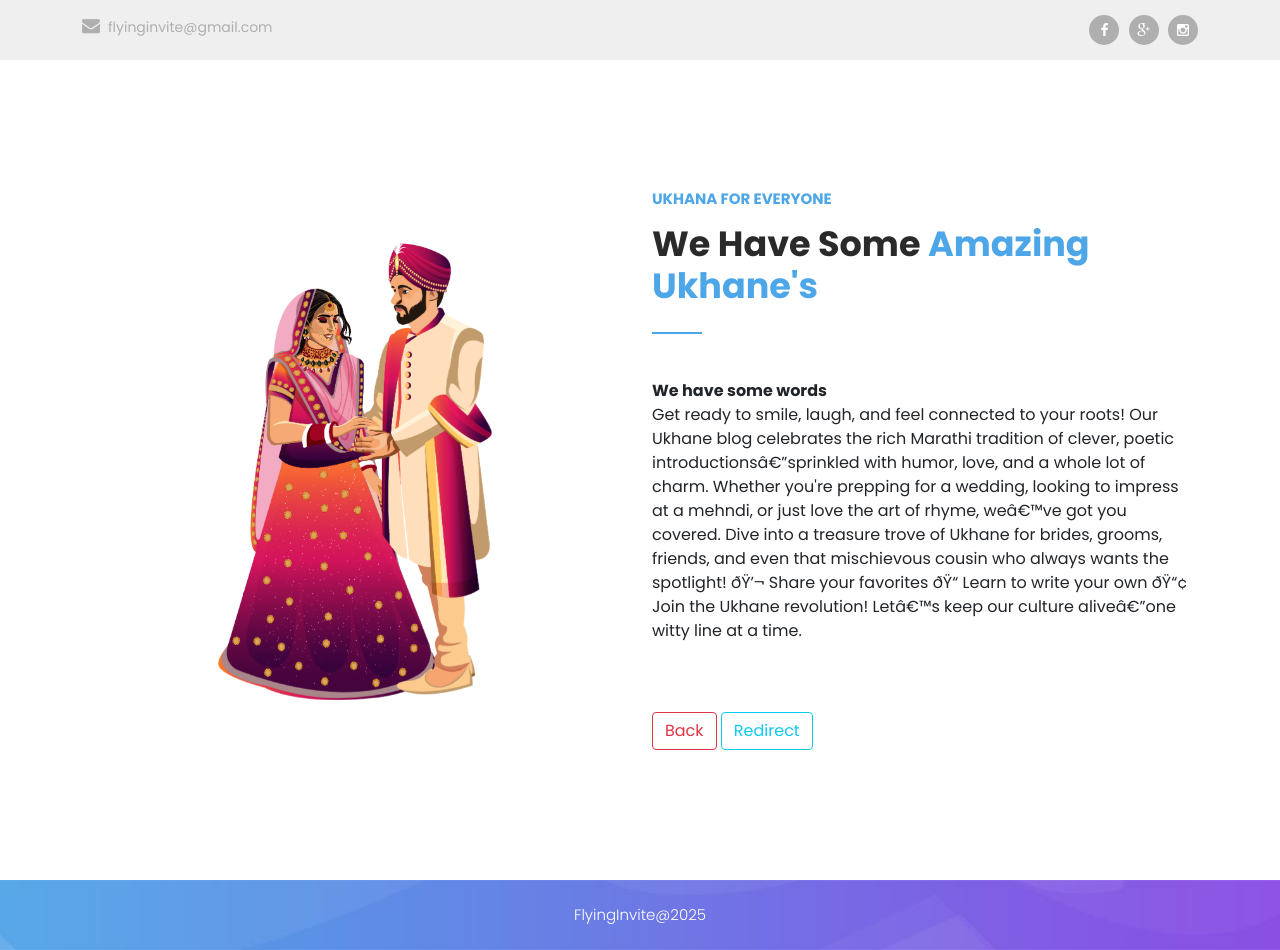
Repository: viraj7551/Flying-Invite-Project
Page: http://localhost/FlyingInvite/entertainment.jsp
An editor plug-in stored every save of this project. The page is shown before and after the next save, followed by the edit.
The browser window is 1280 px wide. The pictures show the whole page.
The page is served by Tomcat 9. Other server files are loaded and not shown.

Above is the page before, as saved 2025-04-20 13:40:05.

### FlyingInvite/WebContent/entertainment.jsp
<%@ page language="java" contentType="text/html; charset=ISO-8859-1"
    pageEncoding="ISO-8859-1"%>
<!DOCTYPE html>
<html>
<head>
  <meta charset="UTF-8">
  <meta name="viewport" content="width=device-width, initial-scale=1, shrink-to-fit=no">
  <meta name="description" content="">
  <meta name="author" content="">
  <link rel="preconnect" href="https://fonts.googleapis.com">
  <link rel="preconnect" href="https://fonts.gstatic.com" crossorigin>
  <link href="https://fonts.googleapis.com/css2?family=Poppins:wght@100;200;300;400;500;600;700;800;900&display=swap" rel="stylesheet">

  <title>Flying Invite | Ukhane Entertainment</title>

  <!-- Bootstrap core CSS -->
  <link href="vendor/bootstrap/css/bootstrap.min.css" rel="stylesheet">


  <!-- Additional CSS Files -->
  <link rel="stylesheet" href="./assets/css/fontawesome.css">
  <link rel="stylesheet" href="./assets/css/app.css">
  <link rel="stylesheet" href="./assets/css/animated.css">
  <link rel="stylesheet" href="./assets/css/owl.css">
  <link rel="stylesheet" href="./assets/css/style.css">

  <script async src="https://www.googletagmanager.com/gtag/js?id=G-DZ4MP44ET9"></script>
<script>
  window.dataLayer = window.dataLayer || [];
  function gtag(){dataLayer.push(arguments);}
  gtag('js', new Date());

  gtag('config', 'G-DZ4MP44ET9');
</script>


</head>
<body>
 <!-- ***** Preloader Start ***** -->
  <div id="js-preloader" class="js-preloader">
    <div class="preloader-inner">
      <span class="dot"></span>
      <div class="dots">
        <span></span>
        <span></span>
        <span></span>
      </div>
    </div>
  </div>

    <!-- ***** Preloader End ***** -->

  <!-- Pre-header Starts -->
  <div class="pre-header">
    <div class="container">
      <div class="row">
        <div class="col-lg-8 col-sm-8 col-7">
          <ul class="info">
            <li><a href="#"><i class="fa fa-envelope"></i>flyinginvite@gmail.com</a></li>
          </ul>
        </div>
        <div class="col-lg-4 col-sm-4 col-5">
          <ul class="social-media">
            <li><a href="https://www.facebook.com/profile.php?id=61567671551405" target="_blank"><i class="fa fa-facebook"></i></a></li>
            <li><a href="#"><i class="fa fa-google-plus"></i></a></li>
            <li><a href="https://www.instagram.com/flyinginvite/?igsh=Yjh6aXM5eHZ3a3Nt" target="_blank"><i class="fa fa-instagram"></i></a></li>
          </ul>
        </div>
      </div>
    </div>
  </div>
  <!-- Pre-header End -->

  <div id="about" class="about section">
    <div class="container">
      <div class="row">
        <div class="col-lg-12">
          <div class="row">
            <div class="col-lg-6">
              <div class="about-left-image  wow fadeInLeft" data-wow-duration="1s" data-wow-delay="0.5s">
                <img src="assets/images/wedding.png" alt="mom with baby in her womb">
              </div>
            </div>
            <div class="col-lg-6 align-self-center  wow fadeInRight" data-wow-duration="1s" data-wow-delay="0.5s">
              <div class="about-right-content">
                <div class="section-heading">
                  <h6>Ukhana for Everyone</h6>
                  <h4>We have some <em>Amazing Ukhane's</em></h4>
                  <div class="line-dec"></div>
                </div>

                <p>
                    <ul><strong>We have some words</strong>
                      <li>Get ready to smile, laugh, and feel connected to your roots! Our Ukhane blog celebrates the rich Marathi tradition of clever, poetic introductions—sprinkled with humor, love, and a whole lot of charm.

Whether you're prepping for a wedding, looking to impress at a mehndi, or just love the art of rhyme, we’ve got you covered. Dive into a treasure trove of Ukhane for brides, grooms, friends, and even that mischievous cousin who always wants the spotlight!

💬 Share your favorites
📝 Learn to write your own
📢 Join the Ukhane revolution!

Let’s keep our culture alive—one witty line at a time.
                      </li>
                    </ul> <br>
                </p>

              <a href="index.jsp" class="btn btn-outline-danger" role="button"> Back</a>
              <a href="https://www.facebook.com/profile.php?id=61567671551405" class="btn btn-outline-info" target="_blank" role="button">Redirect</a>

              </div>
            </div>
          </div>
        </div>
      </div>
    </div>
  </div>

  <footer>
    <div class="container">
      <div class="row">
        <div class="col-lg-12">
           <p>FlyingInvite@2025</p>
        </div>
      </div>
    </div>
  </footer>

  <!-- Scripts -->
  <script src="./vendor/jquery/jquery.min.js"></script>
  <script src="./vendor/bootstrap/js/bootstrap.bundle.min.js"></script>
  <script src="./assets/js/owl-carousel.js"></script>
  <script src="./assets/js/animation.js"></script>
  <script src="./assets/js/imagesloaded.js"></script>
  <script src="./assets/js/custom.js"></script>
  <script src="./assets/js/app.js"></script>
</body>
</html>

### FlyingInvite/WebContent/assets/css/owl.css
/**
 * Owl Carousel v2.3.4
 * Copyright 2013-2018 David Deutsch
 * Licensed under: SEE LICENSE IN https://github.com/OwlCarousel2/OwlCarousel2/blob/master/LICENSE
 */
/*
 *  Owl Carousel - Core
 */
.owl-carousel {
  display: none;
  width: 100%;
  -webkit-tap-highlight-color: transparent;
  /* position relative and z-index fix webkit rendering fonts issue */
  position: relative;
  z-index: 1; }
  .owl-carousel .owl-stage {
    position: relative;
    -ms-touch-action: pan-Y;
    touch-action: manipulation;
    -moz-backface-visibility: hidden;
    /* fix firefox animation glitch */ }
  .owl-carousel .owl-stage:after {
    content: ".";
    display: block;
    clear: both;
    visibility: hidden;
    line-height: 0;
    height: 0; }
  .owl-carousel .owl-stage-outer {
    position: relative;
    overflow: hidden;
    /* fix for flashing background */
    -webkit-transform: translate3d(0px, 0px, 0px); }
  .owl-carousel .owl-wrapper,
  .owl-carousel .owl-item {
    -webkit-backface-visibility: hidden;
    -moz-backface-visibility: hidden;
    -ms-backface-visibility: hidden;
    -webkit-transform: translate3d(0, 0, 0);
    -moz-transform: translate3d(0, 0, 0);
    -ms-transform: translate3d(0, 0, 0); }
  .owl-carousel .owl-item {
    position: relative;
    min-height: 1px;
    float: left;
    -webkit-backface-visibility: hidden;
    -webkit-tap-highlight-color: transparent;
    -webkit-touch-callout: none; }
  .owl-carousel .owl-item img {
    display: block;
    width: 100%; }
  .owl-carousel .owl-nav.disabled,
  .owl-carousel .owl-dots.disabled {
    display: none; }
  .owl-carousel .owl-nav .owl-prev,
  .owl-carousel .owl-nav .owl-next,
  .owl-carousel .owl-dot {
    cursor: pointer;
    -webkit-user-select: none;
    -khtml-user-select: none;
    -moz-user-select: none;
    -ms-user-select: none;
    user-select: none; }
  .owl-carousel .owl-nav button.owl-prev,
  .owl-carousel .owl-nav button.owl-next,
  .owl-carousel button.owl-dot {
    background: none;
    color: inherit;
    border: none;
    padding: 0 !important;
    font: inherit; }
  .owl-carousel.owl-loaded {
    display: block; }
  .owl-carousel.owl-loading {
    opacity: 0;
    display: block; }
  .owl-carousel.owl-hidden {
    opacity: 0; }
  .owl-carousel.owl-refresh .owl-item {
    visibility: hidden; }
  .owl-carousel.owl-drag .owl-item {
    -ms-touch-action: pan-y;
        touch-action: pan-y;
    -webkit-user-select: none;
    -moz-user-select: none;
    -ms-user-select: none;
    user-select: none; }
  .owl-carousel.owl-grab {
    cursor: move;
    cursor: grab; }
  .owl-carousel.owl-rtl {
    direction: rtl; }
  .owl-carousel.owl-rtl .owl-item {
    float: right; }

/* No Js */
.no-js .owl-carousel {
  display: block; }

/*
 *  Owl Carousel - Animate Plugin
 */
.owl-carousel .animated {
  animation-duration: 1000ms;
  animation-fill-mode: both; }

.owl-carousel .owl-animated-in {
  z-index: 0; }

.owl-carousel .owl-animated-out {
  z-index: 1; }

.owl-carousel .fadeOut {
  animation-name: fadeOut; }

@keyframes fadeOut {
  0% {
    opacity: 1; }
  100% {
    opacity: 0; } }

/*
 * 	Owl Carousel - Auto Height Plugin
 */
.owl-height {
  transition: height 500ms ease-in-out; }

/*
 * 	Owl Carousel - Lazy Load Plugin
 */
.owl-carousel .owl-item {
  /**
			This is introduced due to a bug in IE11 where lazy loading combined with autoheight plugin causes a wrong
			calculation of the height of the owl-item that breaks page layouts
		 */ }
  .owl-carousel .owl-item .owl-lazy {
    opacity: 0;
    transition: opacity 400ms ease; }
  .owl-carousel .owl-item .owl-lazy[src^=""], .owl-carousel .owl-item .owl-lazy:not([src]) {
    max-height: 0; }
  .owl-carousel .owl-item img.owl-lazy {
    transform-style: preserve-3d; }

/*
 * 	Owl Carousel - Video Plugin
 */
.owl-carousel .owl-video-wrapper {
  position: relative;
  height: 100%;
  background: #000; }

.owl-carousel .owl-video-play-icon {
  position: absolute;
  height: 80px;
  width: 80px;
  left: 50%;
  top: 50%;
  margin-left: -40px;
  margin-top: -40px;
  background: url("owl.video.play.png") no-repeat;
  cursor: pointer;
  z-index: 1;
  -webkit-backface-visibility: hidden;
  transition: transform 100ms ease; }

.owl-carousel .owl-video-play-icon:hover {
  -ms-transform: scale(1.3, 1.3);
      transform: scale(1.3, 1.3); }

.owl-carousel .owl-video-playing .owl-video-tn,
.owl-carousel .owl-video-playing .owl-video-play-icon {
  display: none; }

.owl-carousel .owl-video-tn {
  opacity: 0;
  height: 100%;
  background-position: center center;
  background-repeat: no-repeat;
  background-size: contain;
  transition: opacity 400ms ease; }

.owl-carousel .owl-video-frame {
  position: relative;
  z-index: 1;
  height: 100%;
  width: 100%; }

### FlyingInvite/WebContent/assets/css/style.css
/* Aligns the heading text to the center. */

h1 {
    text-align: center;
  }

  /* Sets the width for the accordion. Sets the margin to 90px on the top and bottom and auto to the left and right */
.accordion-body{
    margin-top: 100px;
}


.navigate_section{
    margin: 90px auto;
}

#navigateHeader{
  display: none;
}
#navigateBtn{
  padding: 20px;
  background-color: #213448;
  color: #fff;
  margin-left: 350px;
  margin-top: 170px;
  margin-bottom: 170px;
  border-radius: 5px;
  width: max-content;
}
.blink_me{
  animation: blinker 1s linear infinite;
}

@keyframes blinker {
  50% {
    opacity: 0;
  }
}

#coming_soon_header{
  padding: 20px;
  color: #213448;
  margin-left: 350px;
  margin-top: 170px;
  margin-bottom: 170px;
  border-radius: 5px;
  width: max-content;
}

#navigateBtn:hover {
   background-color: #27548A;
}

  .accordion {
    width: 800px;
    margin: 90px auto;
    color: black;
    background-color: white;
    padding: 45px 45px;
  }

  .accordion .container {
    position: relative;
    margin: 10px 10px;
  }

  /* Positions the labels relative to the .container. Adds padding to the top and bottom and increases font size. Also makes its cursor a pointer */

  .accordion .label {
    position: relative;
    padding: 10px 0;
    font-size: 24px;
    color: black;
    cursor: pointer;
  }

  /* Positions the plus sign 5px from the right. Centers it using the transform property. */

.accordion .label::before {
    content: '+';
    color: black;
    position: absolute;
    top: 50%;
    right: -5px;
    font-size: 24px;
    transform: translateY(-50%);
  }

  /* Hides the content (height: 0), decreases font size, justifies text and adds transition */

  .accordion .content {
    position: relative;
    background: white;
    height: 0;
    font-size: 16px;
    text-align: justify;
    width: 780px;
    overflow: hidden;
    transition: 0.5s;
  }

  /* Adds a horizontal line between the contents */

  .accordion hr {
    width: 100;
    margin-left: 0;
    border: 1px solid grey;
  }

  /* Unhides the content part when active. Sets the height */

.accordion .container.active .content {
    height: 90px;
  }




  /* Changes from plus sign to negative sign once active */

  .accordion .container.active .label::before {
    content: '-';
    font-size: 30px;
  }


 @media (max-width: 1200px) {
    #navigateBtn{
      margin-left: 180px;
     }
  }

 @media only screen and (max-width: 1024px) {
    #coming_soon_header{
      margin-left: 180px;
    }
}

 @media only screen and (max-width: 1180px) {
    #coming_soon_header{
      margin-left: 180px;
    }
  }


  @media (max-width: 992px) {


    .accordion .container.active .content{
      width: auto;
      height: 100px;
    }

    #navigateBtn{
    margin-left: 55px;
   }
  }

   @media only screen and (max-width: 932px) and (min-width: 740px){
  #navigateBtn{
    margin-left: 135px;
   }

   #navigateHeader{
    display: block;
    margin-left: 110px;
  }
  #coming_soon_header{
    margin-left: 110px;
  }
 }



  @media (max-width: 767px){

    .accordion{
        width: auto;
    }
    .accordion .label {
        font-size: 16px;
      }

      .accordion .content {
        font-size: 14px;
        text-align: justify;
        width: 200px;
        overflow: hidden;
      }

      #navigateHeader{
        display: block;
        margin-left: 20px;
      }

      #coming_soon_header{
        margin-left: 20px;
      }
  }

    @media only screen and (max-width: 360px){
      #navigateHeader{
        display: block;
        margin-left: 60px;
      }
  }

Loaded but not shown: FlyingInvite/WebContent/assets/css/fontawesome.css (library); FlyingInvite/WebContent/assets/css/animated.css (common file); FlyingInvite/WebContent/assets/js/owl-carousel.js (3448 lines, source omitted); FlyingInvite/WebContent/assets/js/imagesloaded.js (496 lines, source omitted); FlyingInvite/WebContent/assets/js/animation.js (193 lines, source omitted); FlyingInvite/WebContent/assets/js/custom.js (172 lines, source omitted); FlyingInvite/WebContent/assets/js/app.js (7 lines, source omitted); FlyingInvite/WebContent/assets/css/app.css (2123 lines, source omitted)

After the next save:
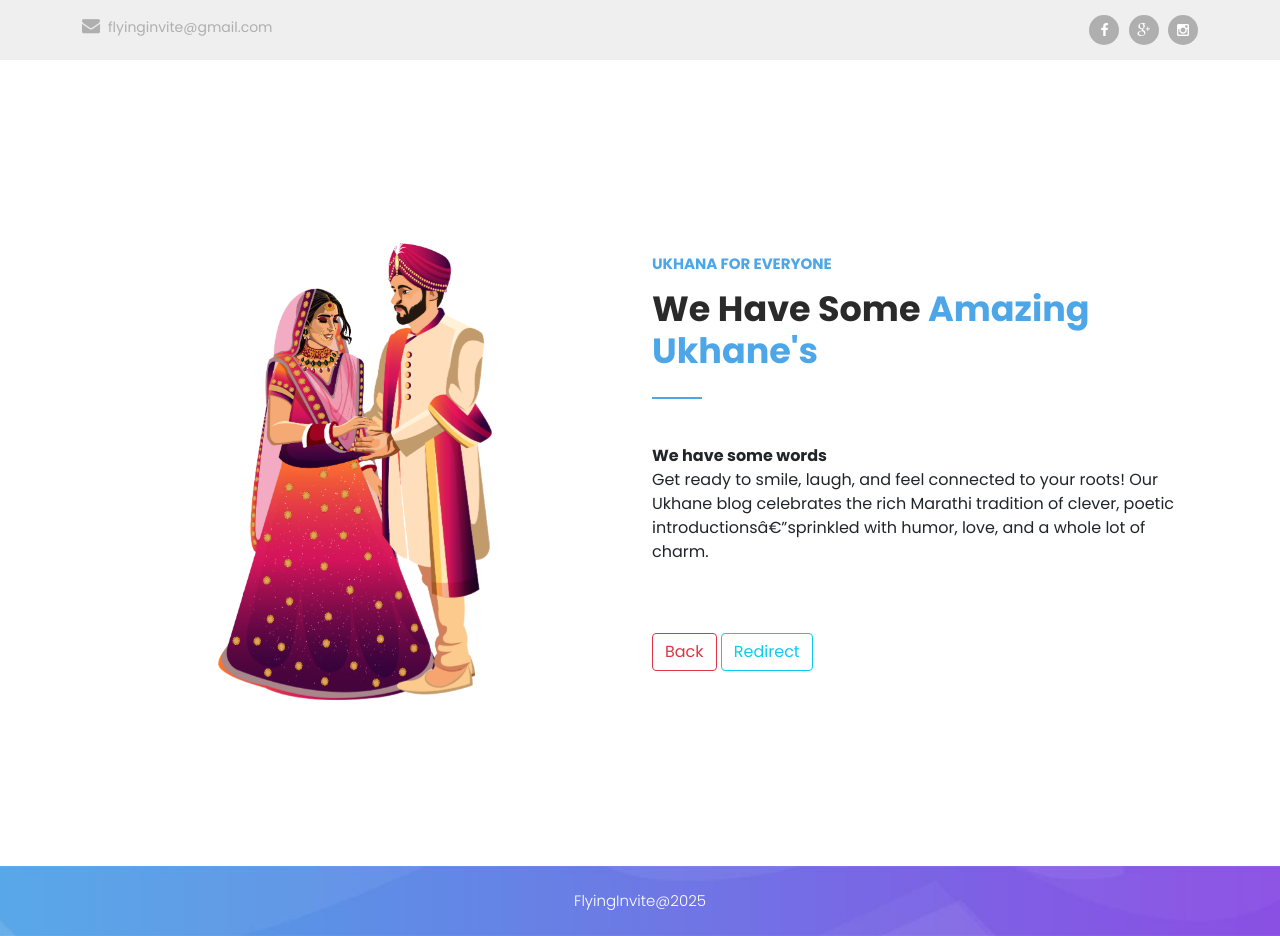
Saved 38 s later.
--- a/FlyingInvite/WebContent/entertainment.jsp
+++ b/FlyingInvite/WebContent/entertainment.jsp
@@ -91,16 +91,7 @@
 
                 <p>
                     <ul><strong>We have some words</strong>
-                      <li>Get ready to smile, laugh, and feel connected to your roots! Our Ukhane blog celebrates the rich Marathi tradition of clever, poetic introductions—sprinkled with humor, love, and a whole lot of charm.
-
-Whether you're prepping for a wedding, looking to impress at a mehndi, or just love the art of rhyme, we’ve got you covered. Dive into a treasure trove of Ukhane for brides, grooms, friends, and even that mischievous cousin who always wants the spotlight!
-
-💬 Share your favorites
-📝 Learn to write your own
-📢 Join the Ukhane revolution!
-
-Let’s keep our culture alive—one witty line at a time.
-                      </li>
+                      <li> Get ready to smile, laugh, and feel connected to your roots! Our Ukhane blog celebrates the rich Marathi tradition of clever, poetic introductions—sprinkled with humor, love, and a whole lot of charm.</li>
                     </ul> <br>
                 </p>
 
